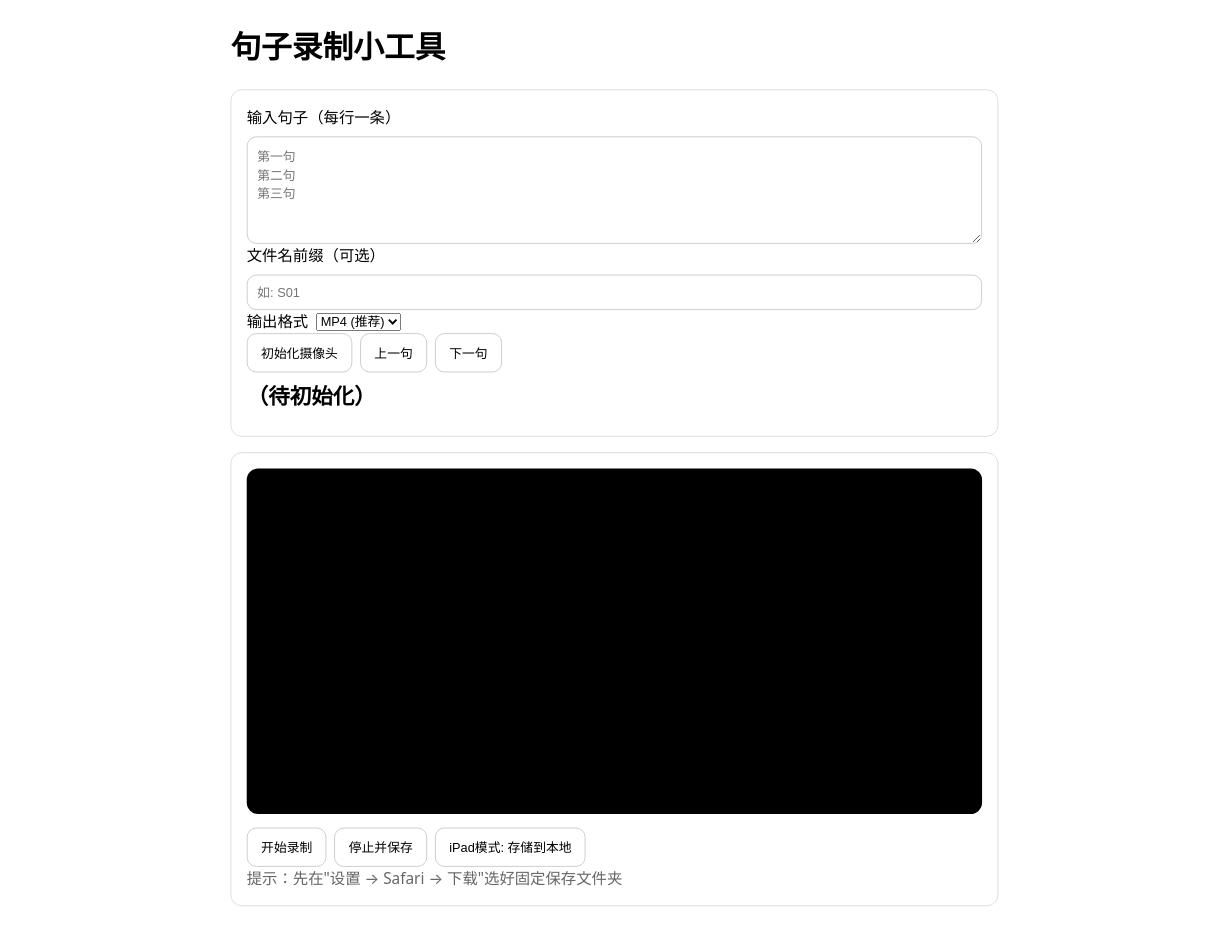
Repository: video2speech/video2speech.github.io
Page: index.html
These files come from the project's save history. The page is drawn as it stood at one moment and after the next save; the edit follows.
The browser window is 1280 px wide. The pictures show the whole page, at 96% of full size.

Above is the page before, as saved 2025-09-04 04:45:49.

### index.html
<!doctype html>
<html>
<meta charset="utf-8" />
<title>句子录制小工具</title>
<style>
  body{font-family:system-ui,-apple-system,Segoe UI,Roboto,Helvetica,Arial,sans-serif;max-width:800px;margin:24px auto;padding:0 16px;line-height:1.5}
  .card{border:1px solid #ddd;border-radius:12px;padding:16px;margin:16px 0}
  .row{display:flex;gap:8px;flex-wrap:wrap;align-items:center}
  video{width:100%;max-height:50vh;background:#000;border-radius:12px}
  button{padding:10px 14px;border-radius:10px;border:1px solid #ccc;background:#fff}
  button:active{opacity:.8}
  input,textarea{width:100%;padding:10px;border-radius:10px;border:1px solid #ccc}
  .big{font-size:1.4rem;font-weight:600;margin:8px 0}
  .muted{color:#666}
</style>
<body>
  <h1>句子录制小工具</h1>

  <div class="card">
    <div class="row">
      <label>输入句子（每行一条）</label>
      <textarea id="sentences" rows="6" placeholder="第一句
第二句
第三句"></textarea>
    </div>
    <div class="row">
      <label>文件名前缀（可选）</label>
      <input id="prefix" placeholder="如: S01"/>
    </div>
    <div class="row">
      <label>输出格式</label>
      <select id="format">
        <option value="mp4">MP4 (推荐)</option>
        <option value="webm">WebM</option>
      </select>
    </div>
    <div class="row">
      <button id="init">初始化摄像头</button>
      <button id="prev">上一句</button>
      <button id="next">下一句</button>
      <span class="muted" id="idxInfo"></span>
    </div>
    <div class="big" id="currentText">（待初始化）</div>
  </div>

  <div class="card">
    <video id="preview" playsinline autoplay muted></video>
    <div class="row" style="margin-top:8px">
      <button id="start">开始录制</button>
      <button id="stop">停止并保存</button>
      <button id="downloadMode" onclick="toggleDownloadMode()">iPad模式: 存储到本地</button>
    </div>
    <div class="row">
      <button id="viewStored" style="display:none">查看已存储视频 (0)</button>
      <button id="downloadAll" style="display:none">下载所有</button>
      <button id="clearAll" style="display:none">清空存储</button>
      <span class="muted" id="storageInfo"></span>
    </div>
    <div class="row">
      <span class="muted" id="downloadTip">提示：先在"设置 → Safari → 下载"选好固定保存文件夹</span>
    </div>
  </div>

<script>
const el = id => document.getElementById(id);
let stream, mediaRecorder, chunks = [];
let sentences = [];
let idx = 0;
let recording = false;
let storageMode = false; // false=直接下载, true=存储到本地
let db;

// 初始化IndexedDB
async function initDB() {
  return new Promise((resolve, reject) => {
    const request = indexedDB.open('VideoRecorderDB', 1);

    request.onerror = () => reject(request.error);
    request.onsuccess = () => {
      db = request.result;
      resolve(db);
    };

    request.onupgradeneeded = (event) => {
      const db = event.target.result;
      if (!db.objectStoreNames.contains('videos')) {
        const store = db.createObjectStore('videos', { keyPath: 'id', autoIncrement: true });
        store.createIndex('timestamp', 'timestamp', { unique: false });
        store.createIndex('sentence', 'sentence', { unique: false });
      }
    };
  });
}

// 存储视频到IndexedDB
async function storeVideo(blob, fileName, sentence) {
  return new Promise((resolve, reject) => {
    const transaction = db.transaction(['videos'], 'readwrite');
    const store = transaction.objectStore('videos');

    const videoData = {
      fileName: fileName,
      blob: blob,
      sentence: sentence,
      timestamp: new Date().toISOString(),
      size: blob.size
    };

    const request = store.add(videoData);
    request.onsuccess = () => resolve(request.result);
    request.onerror = () => reject(request.error);
  });
}

// 获取所有存储的视频
async function getAllStoredVideos() {
  return new Promise((resolve, reject) => {
    const transaction = db.transaction(['videos'], 'readonly');
    const store = transaction.objectStore('videos');
    const request = store.getAll();

    request.onsuccess = () => resolve(request.result);
    request.onerror = () => reject(request.error);
  });
}

// 删除存储的视频
async function deleteStoredVideo(id) {
  return new Promise((resolve, reject) => {
    const transaction = db.transaction(['videos'], 'readwrite');
    const store = transaction.objectStore('videos');
    const request = store.delete(id);

    request.onsuccess = () => resolve();
    request.onerror = () => reject(request.error);
  });
}

// 清空所有存储的视频
async function clearAllStoredVideos() {
  return new Promise((resolve, reject) => {
    const transaction = db.transaction(['videos'], 'readwrite');
    const store = transaction.objectStore('videos');
    const request = store.clear();

    request.onsuccess = () => resolve();
    request.onerror = () => reject(request.error);
  });
}

// 初始化数据库
initDB().then(() => {
  console.log('IndexedDB 初始化成功');
  updateStorageInfo();
}).catch(err => {
  console.error('IndexedDB 初始化失败:', err);
});

function updateSentenceView(){
  const total = sentences.length;
  const text = total ? sentences[idx] : '';
  el('currentText').textContent = text || '（没有句子）';
  el('idxInfo').textContent = total ? `第 ${idx+1}/${total} 句` : '';
}

el('init').onclick = async () => {
  try {
    // 前置摄像头；如需后置，把 'user' 改为 'environment'
    stream = await navigator.mediaDevices.getUserMedia({
      video: { facingMode: 'user', width: {ideal:1280}, height:{ideal:720}},
      audio: true
    });
    el('preview').srcObject = stream;
    sentences = el('sentences').value
      .split('\n').map(s=>s.trim()).filter(Boolean);
    idx = 0;
    updateSentenceView();
    alert('摄像头就绪；可以开始了。');
  } catch (e) {
    alert('无法获取摄像头/麦克风权限：' + e);
  }
};

el('next').onclick = () => { if (sentences.length){ idx = Math.min(idx+1, sentences.length-1); updateSentenceView(); }};
el('prev').onclick = () => { if (sentences.length){ idx = Math.max(idx-1, 0); updateSentenceView(); }};

// 切换下载模式
function toggleDownloadMode() {
  storageMode = !storageMode;
  const button = el('downloadMode');
  if (storageMode) {
    button.textContent = 'iPad模式: 存储到本地 ✓';
    button.style.backgroundColor = '#4CAF50';
    button.style.color = 'white';
    el('viewStored').style.display = 'inline-block';
    el('downloadAll').style.display = 'inline-block';
    el('clearAll').style.display = 'inline-block';
    el('downloadTip').textContent = 'iPad模式：视频将存储到浏览器本地，可稍后批量下载';
  } else {
    button.textContent = 'iPad模式: 存储到本地';
    button.style.backgroundColor = '';
    button.style.color = '';
    el('viewStored').style.display = 'none';
    el('downloadAll').style.display = 'none';
    el('clearAll').style.display = 'none';
    el('downloadTip').textContent = '提示：先在"设置 → Safari → 下载"选好固定保存文件夹';
  }
  updateStorageInfo();
}

// 更新存储信息
async function updateStorageInfo() {
  if (!db) return;

  try {
    const videos = await getAllStoredVideos();
    const count = videos.length;
    const totalSize = videos.reduce((sum, video) => sum + video.size, 0);
    const sizeInMB = (totalSize / (1024 * 1024)).toFixed(1);

    el('viewStored').textContent = `查看已存储视频 (${count})`;
    el('storageInfo').textContent = count > 0 ? `已存储 ${count} 个视频，约 ${sizeInMB} MB` : '';
  } catch (error) {
    console.error('更新存储信息失败:', error);
  }
}

// 查看存储的视频
el('viewStored').onclick = async () => {
  try {
    const videos = await getAllStoredVideos();
    if (videos.length === 0) {
      alert('暂无存储的视频');
      return;
    }

    let list = '存储的视频列表：\n\n';
    videos.forEach((video, index) => {
      const date = new Date(video.timestamp).toLocaleString();
      const sizeMB = (video.size / (1024 * 1024)).toFixed(1);
      list += `${index + 1}. ${video.fileName}\n   句子: ${video.sentence}\n   时间: ${date}\n   大小: ${sizeMB} MB\n\n`;
    });

    alert(list);
  } catch (error) {
    alert('获取存储视频失败: ' + error.message);
  }
};

// 下载所有存储的视频
el('downloadAll').onclick = async () => {
  try {
    const videos = await getAllStoredVideos();
    if (videos.length === 0) {
      alert('暂无存储的视频');
      return;
    }

    if (!confirm(`确定要下载所有 ${videos.length} 个视频吗？`)) return;

    // 逐个下载，间隔300ms
    for (let i = 0; i < videos.length; i++) {
      setTimeout(() => {
        const video = videos[i];
        const a = document.createElement('a');
        a.download = video.fileName;
        a.href = URL.createObjectURL(video.blob);
        a.click();
        URL.revokeObjectURL(a.href);
      }, i * 300);
    }

    el('storageInfo').textContent = `正在下载 ${videos.length} 个视频...`;
  } catch (error) {
    alert('下载失败: ' + error.message);
  }
};

// 清空所有存储的视频
el('clearAll').onclick = async () => {
  try {
    const videos = await getAllStoredVideos();
    if (videos.length === 0) {
      alert('暂无存储的视频');
      return;
    }

    if (!confirm(`确定要清空所有 ${videos.length} 个存储的视频吗？此操作不可恢复！`)) return;

    await clearAllStoredVideos();
    updateStorageInfo();
    alert('已清空所有存储的视频');
  } catch (error) {
    alert('清空失败: ' + error.message);
  }
};

el('start').onclick = () => {
  if (!stream) return alert('请先点"初始化摄像头"');
  if (recording) return;
  chunks = [];

  // 根据用户选择的格式确定mimeType
  const selectedFormat = el('format').value;
  let mimeType;

  if (selectedFormat === 'mp4') {
    // 尝试不同的MP4编码组合
    const mp4Options = [
      'video/mp4;codecs=h264,aac',
      'video/mp4;codecs=avc1.42E01E,mp4a.40.2',
      'video/mp4'
    ];
    mimeType = mp4Options.find(type => MediaRecorder.isTypeSupported(type)) || 'video/webm;codecs=vp9,opus';
  } else {
    mimeType = 'video/webm;codecs=vp9,opus';
  }

  mediaRecorder = new MediaRecorder(stream, { mimeType });
  mediaRecorder.ondataavailable = e => { if (e.data.size > 0) chunks.push(e.data); };
  mediaRecorder.onstop = saveBlob;
  mediaRecorder.start();
  recording = true;
};

el('stop').onclick = () => {
  if (mediaRecorder && recording) {
    mediaRecorder.stop();
    recording = false;
  }
};

function sanitize(s){
  return s.replace(/[\\/:*?"<>|]/g,'').replace(/\s+/g,' ').trim();
}
function ts(){
  const d = new Date();
  const pad = n => String(n).padStart(2,'0');
  return `${d.getFullYear()}${pad(d.getMonth()+1)}${pad(d.getDate())}_${pad(d.getHours())}${pad(d.getMinutes())}${pad(d.getSeconds())}`;
}
async function saveBlob(){
  // 根据实际使用的mimeType确定文件扩展名
  const isMP4 = mediaRecorder.mimeType.includes('mp4');
  const fileExt = isMP4 ? 'mp4' : 'webm';
  const blobType = isMP4 ? 'video/mp4' : 'video/webm';

  const blob = new Blob(chunks, { type: blobType });
  const prefix = sanitize(el('prefix').value || '');
  const short = sentences[idx] ? sanitize(sentences[idx]).slice(0,12) : 'clip';
  const nameCore = [prefix, `S${String(idx+1).padStart(3,'0')}`, ts(), short].filter(Boolean).join('_');
  const fileName = `${nameCore}.${fileExt}`;

  if (storageMode) {
    // iPad模式：存储到IndexedDB
    try {
      await storeVideo(blob, fileName, sentences[idx] || '未知句子');
      updateStorageInfo();
      el('storageInfo').textContent = `视频已存储: ${fileName}`;
      console.log(`视频已存储到本地: ${fileName}`);
    } catch (error) {
      console.error('存储视频失败:', error);
      alert('存储视频失败: ' + error.message);
      // 失败时回退到直接下载
      directDownload(blob, fileName);
    }
  } else {
    // 普通模式：直接下载
    directDownload(blob, fileName);
  }

  // 显示格式信息
  console.log(`录制完成，格式: ${fileExt.toUpperCase()}, MIME类型: ${mediaRecorder.mimeType}`);
}

function directDownload(blob, fileName) {
  const a = document.createElement('a');
  a.download = fileName;
  a.href = URL.createObjectURL(blob);
  a.click();
  URL.revokeObjectURL(a.href);
}
</script>
</body>
</html>

After the next save:
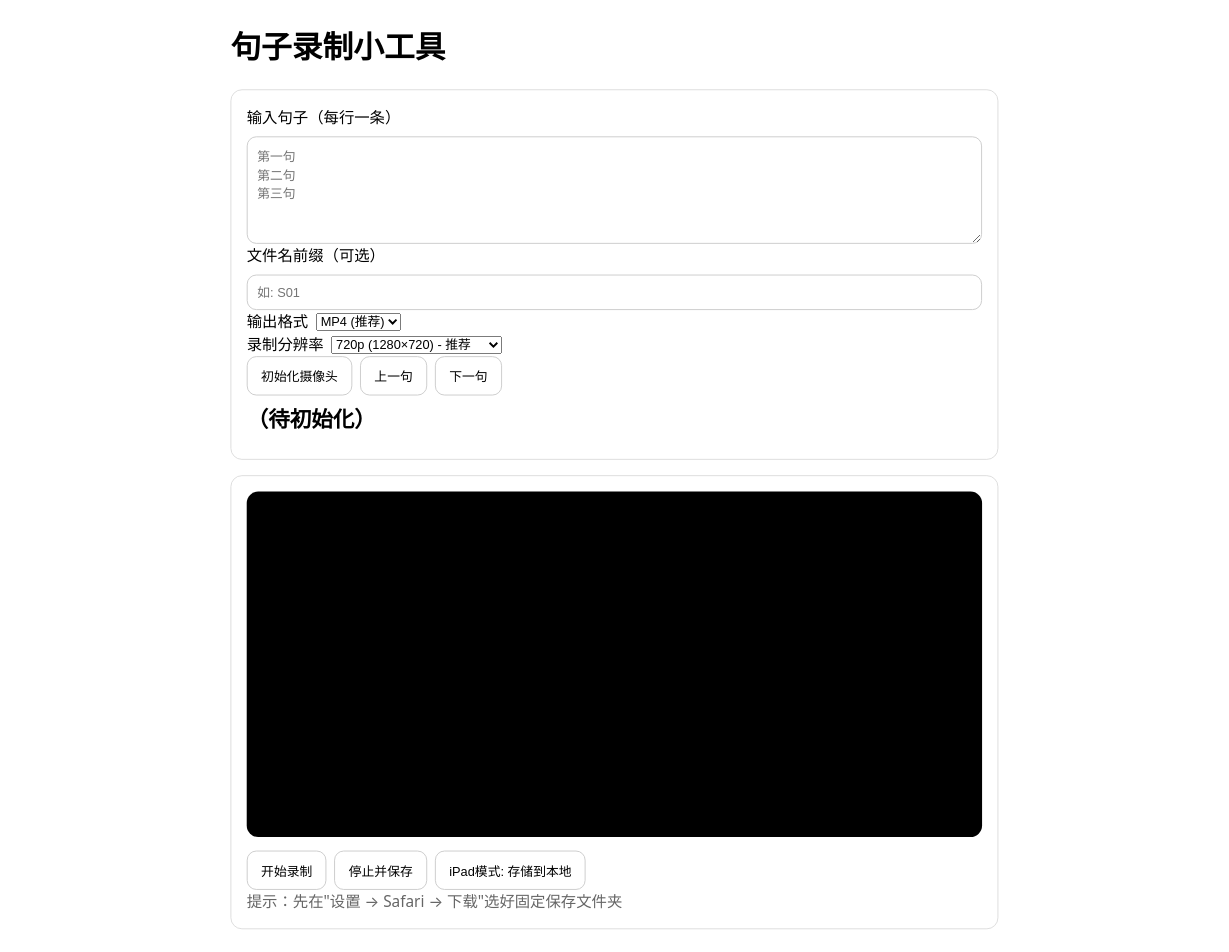
Saved 5 min 3 s later.
--- a/index.html
+++ b/index.html
@@ -32,6 +32,16 @@
       <select id="format">
         <option value="mp4">MP4 (推荐)</option>
         <option value="webm">WebM</option>
+      </select>
+    </div>
+    <div class="row">
+      <label>录制分辨率</label>
+      <select id="resolution">
+        <option value="720p">720p (1280×720) - 推荐</option>
+        <option value="1080p">1080p (1920×1080) - 高清</option>
+        <option value="480p">480p (854×480) - 标清</option>
+        <option value="360p">360p (640×360) - 低清</option>
+        <option value="auto">自动 - 使用摄像头默认</option>
       </select>
     </div>
     <div class="row">
